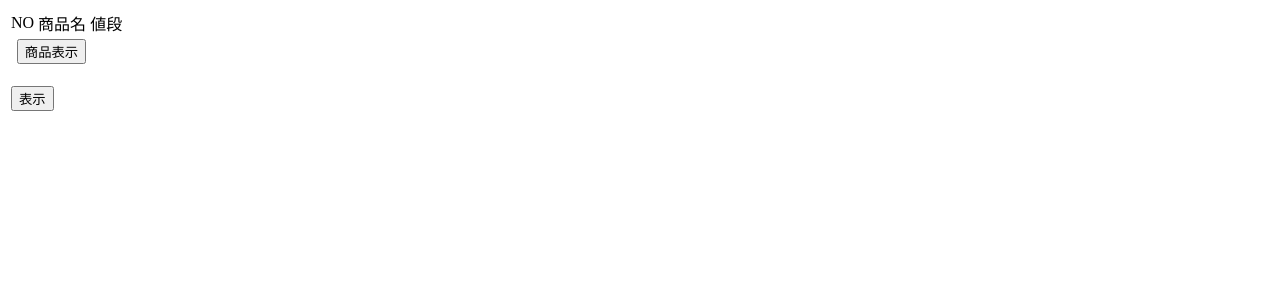
Repository: kousuke-2047/test
Page: http://localhost/Item/item.jsp
These files come from the project's save history. The page is drawn as it stood at one moment and after the next save; the edit follows.
The browser window is 1280 px wide. The pictures show the whole page.
The page is served by Tomcat 9. Other server files are loaded and not shown.

Above is the page before, as saved 2018-06-14 01:33:54.

### Item/WebContent/item.jsp
<%@ page language="java" contentType="text/html; charset=UTF-8"
    pageEncoding="UTF-8"%>
<%@ taglib prefix ="s" uri="/struts-tags" %>

<!DOCTYPE html PUBLIC>
<html>
<head>
	<meta http-equiv="Content-Type" content="text/html; charset=UTF-8">
	<meta http-equiv="Content-Style-Type" content="text/css"/>
	<meta http-equiv="Content-Script-Type" content= "text/javascript" />
	<meta http-equiv="imagetoolbar" content= "no" />
	<meta name = "description" content="" />
	<meta name="keywords" content="" />
<title>Item一覧画面</title>
</head>
<body>

	<s:form action="ItemshowAction">
	<table>
		<tr>
			<td>NO</td>
			<td>商品名</td>
			<td>値段</td>
		</tr>

		<s:iterator value = "itemList" end ="1">
		<tr>
			<td><input type ="radio" name="itemid" value="<s:property value='id'/>"/>
			<s:property value = "id"/></td>
			<td><s:property value = "itemName"/></td>
			<td><s:property value = "itemPrice"/></td>
		</tr>
		</s:iterator>
		<s:submit value ="商品表示"/>
	</table>
	</s:form>

	<s:iterator value="countList">

		<a href ='<s:url action ="ItemAction"/>'>
		<s:property value ="page"/>
		<input type="hidden" name="number" value="<s:property value='page'/>"/>
		</a>
		:
	</s:iterator>


	<s:form action ="ItemAction">
	<s:iterator value="countList">
		<table>
			<tr>
				<td><input type ="radio" name="number" value="<s:property value='page'/>"/></td>
				<td><s:property value="page"/></td>
			</tr>
		</table>


	</s:iterator>
	<s:submit value="表示"/>
	</s:form>










</body>
</html>

After the next save:
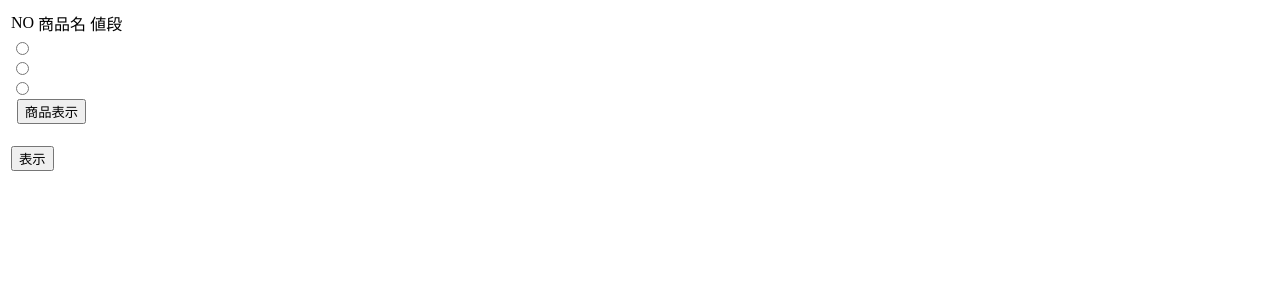
Saved 33 s later.
--- a/Item/WebContent/item.jsp
+++ b/Item/WebContent/item.jsp
@@ -23,7 +23,7 @@
 			<td>値段</td>
 		</tr>
 
-		<s:iterator value = "itemList" end ="1">
+		<s:iterator value = "itemList" begin="0" end="2">
 		<tr>
 			<td><input type ="radio" name="itemid" value="<s:property value='id'/>"/>
 			<s:property value = "id"/></td>

After the save that followed:
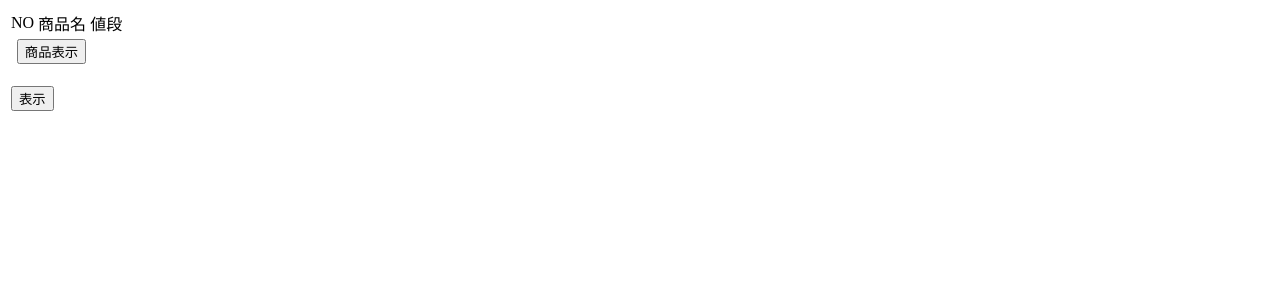
Saved 51 s later.
--- a/Item/WebContent/item.jsp
+++ b/Item/WebContent/item.jsp
@@ -23,7 +23,7 @@
 			<td>値段</td>
 		</tr>
 
-		<s:iterator value = "itemList" begin="0" end="2">
+		<s:iterator value = "itemList">
 		<tr>
 			<td><input type ="radio" name="itemid" value="<s:property value='id'/>"/>
 			<s:property value = "id"/></td>
